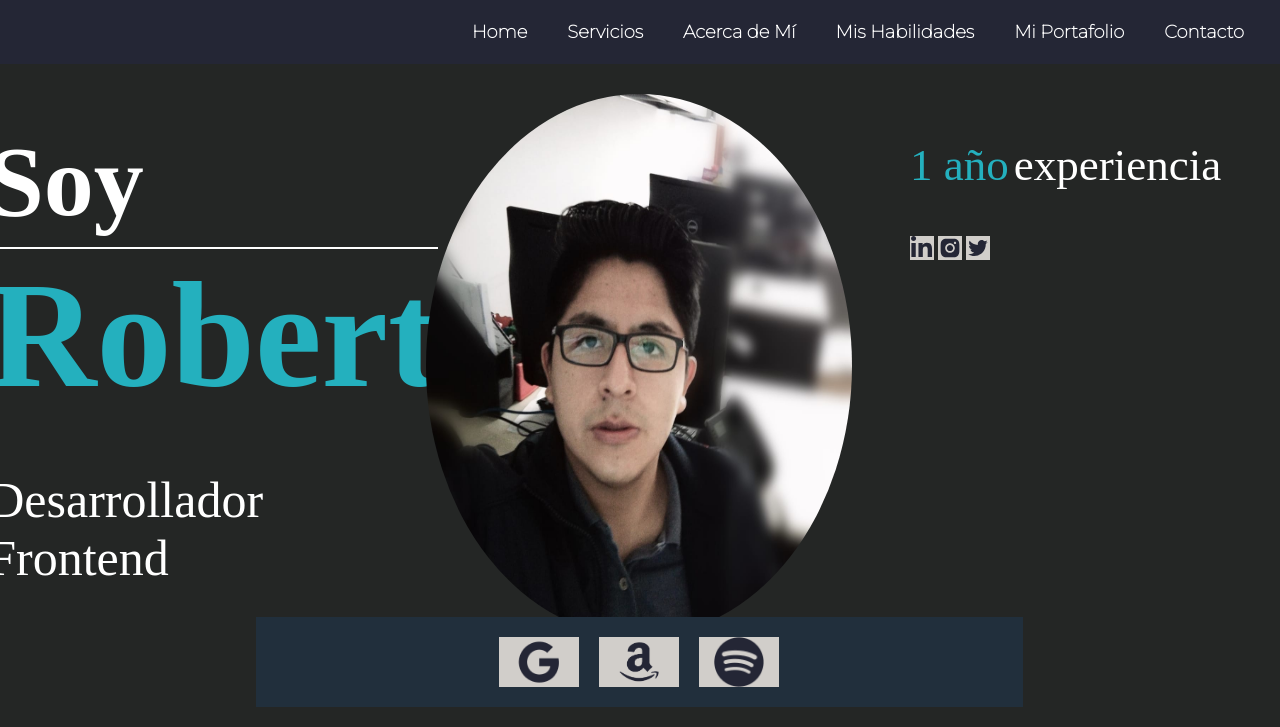
Repository: RobertAries28/PortafolioRobertEscalanteGomez2022
Page: index.html
The author's editor kept a copy of each file at every save. The page is drawn from the files as they stood at one save, then again after the next save.
The browser window is 1280 px wide. The pictures show the whole page.

Above is the page before, as saved 2022-02-15 12:03:07.

### index.html
<!DOCTYPE html>
<html lang="en">
<head>
    <meta charset="UTF-8">
    <meta http-equiv="X-UA-Compatible" content="IE=edge">
    <meta name="viewport" content="width=device-width, initial-scale=1.0">
    <link rel="preconnect" href="https://fonts.googleapis.com">
<link rel="preconnect" href="https://fonts.gstatic.com" crossorigin>
<link href="https://fonts.googleapis.com/css2?family=Montserrat:wght@100&display=swap" rel="stylesheet">
    <link rel="stylesheet" href="estilos.css">
    <title>Document</title>
</head>
<body>
    <header class="main-header">
        <div class="l-container">

        <div class="main-menu-toggle" id="main-menu-toggle"></div>
             <nav class="main-nav" id="main-nav">
                 <ul class="main-menu">
                       <li class="main-menu__item">
                           <a class="main-menu__link" href="#">
                              Home
                           </a>
                       </li>

                       <li class="main-menu__item">
                         <a class="main-menu__link" href="#">
                           Servicios
                         </a>
                       </li>

                       <li class="main-menu__item">
                        <a class="main-menu__link" href="#">
                          Acerca de Mí
                        </a>
                       </li>


                     <li class="main-menu__item">
                         <a class="main-menu__link" href="#">
                           Mis Habilidades
                         </a>
                     </li>

                     <li class="main-menu__item">
                        <a class="main-menu__link" href="#">
                         Mi Portafolio
                        </a>
                    </li>

                    <li class="main-menu__item">
                        <a class="main-menu__link" href="#">
                         Contacto
                        </a>
                    </li>


                 </ul>
             </nav>


        </div>
     </header>
     <section>
        <div class="section-nombre">
              <h2>Soy</h2><hr color="white"/>
              <h1>Robert</h1>
              <p class="parrafo">Desarrollador Frontend</p>
        </div>

        <div class="section-imagen">
              <img src="imagenes/fotoPerfil.jpeg" alt="">
        </div>

        <div class="section-experiencia">
               <p><span>1 año</span>experiencia</p>
               <div>
                 <img src="imagenes/linkedin.svg" alt="">
                 <img src="imagenes/instagram.svg" alt="">
                 <img src="imagenes/twitter.svg" alt="">
               </div>
        </div>

        <div class="section-iconos">
          <div>
             <img src="imagenes/gmail.png" alt="">
             <img src="imagenes/amazon.png" alt="">
             <img src="imagenes/spotify.png" alt="">
            </div>
        </div>
    </section>
    <script src="javascript.js"></script>
</body>
</html>

### estilos.css
body{
    margin: 0;
    background: #242625;
}

.main-header{
    height: 4rem;
    background: #242635;
    position:sticky;

	top:0;

}
.l-container{
    max-width: 100%;
    padding-left: 1rem;
    padding-right: 1rem;
    display: flex;
    justify-content: space-between;
    align-items: center;

    height: 100%;
    color: white;

}
.main-menu{
    margin-top: 0;
    margin-bottom: 0;
    padding-left: 0;
    list-style: none;
    display: flex;
}

.main-menu li{
    padding: 0 20px;
}

a{
  text-decoration: none;
  color: white;
  font-family: 'Montserrat', sans-serif;
  font-size: 18px;
  font-weight: bold;
}


/*section*/

section{
    display: grid;
    grid-template-columns: repeat(3,33.3%);
    grid-template-rows: repeat(3,auto);
    justify-items: center;
    padding-top: 30px;

}

.section-nombre h1{
    font-size: 150px;
    margin: 0;
    color: #24B0BE;
}

.section-nombre h2{
    font-size: 100px;
    margin: 0;
    margin-top: 30px;
    color: white;
}

.section-nombre .parrafo{
    color: white;
    font-size: 50px;

}
.section-nombre hr{
    margin-bottom: 0;

}

.section-imagen img{
    width: 100%;
    height: 100%;
    border-radius: 50%;


}

.section-experiencia p{
    color: white;
    font-size: 45px;

}

.section-experiencia span{
    color: #24B0BE;
    padding-right: 5px;
}

.section-experiencia img{
    background: #D1CECA;
    font-size: 45px;
}

.section-iconos{
   grid-column: 1 / span 3;
 justify-self: center;
   background: #212F3C;
  width:60%;
  position: relative;
 top: -20px;
}

.section-iconos div{
    display: flex;
  justify-content: center;
}

.section-iconos img{
  height: 50px;
  background: #D1CECA;
  padding: 0 15px;
  margin: 20px 10px;
}




@media screen and ( max-width: 768px){



.main-menu__item{
    padding: .5rem 0 .5rem 1rem
}

.main-menu__link{
    color: white;
    margin-left: 1rem;
}



.main-nav{
    position: fixed;
    height: calc(100vh - 4rem);
    width: 200px;
    background: black;
    top: 4rem;
    right: -200px;




}

.main-menu{
    flex-direction: column;
}

.main-menu li{
    padding: 10px 0;
}



.show{
right: 0px;
transition-duration: 1s;
transition-timing-function:ease-in-out

}

 :not(.show){
     transition-duration: 1s;
  transition-timing-function: ease-in
 }


.main-menu-toggle{
    width: 2.4rem;
    margin-left: calc(100% - 38.4px);
    height: 1.6rem;
    background: linear-gradient(black 20%, transparent 20%, transparent 40%, black 40%, black 60%, transparent 60%, transparent 80%, black 80%);
    cursor: pointer;

}
}

### javascript.js
 const showMenu = (toggleId, navId) =>{
               const toggle = document.getElementById(toggleId),
               nav = document.getElementById(navId)

               if(toggle && nav){
                   toggle.addEventListener('mouseover' , ()=>{
                       nav.classList.toggle('show')
                   })



               }

               if(toggle && nav){
                   toggle.addEventListener('mouseout' , ()=>{
                       nav.classList.toggle('show')
                   })



               }



           }
           showMenu('main-menu-toggle','main-nav')

After the next save:
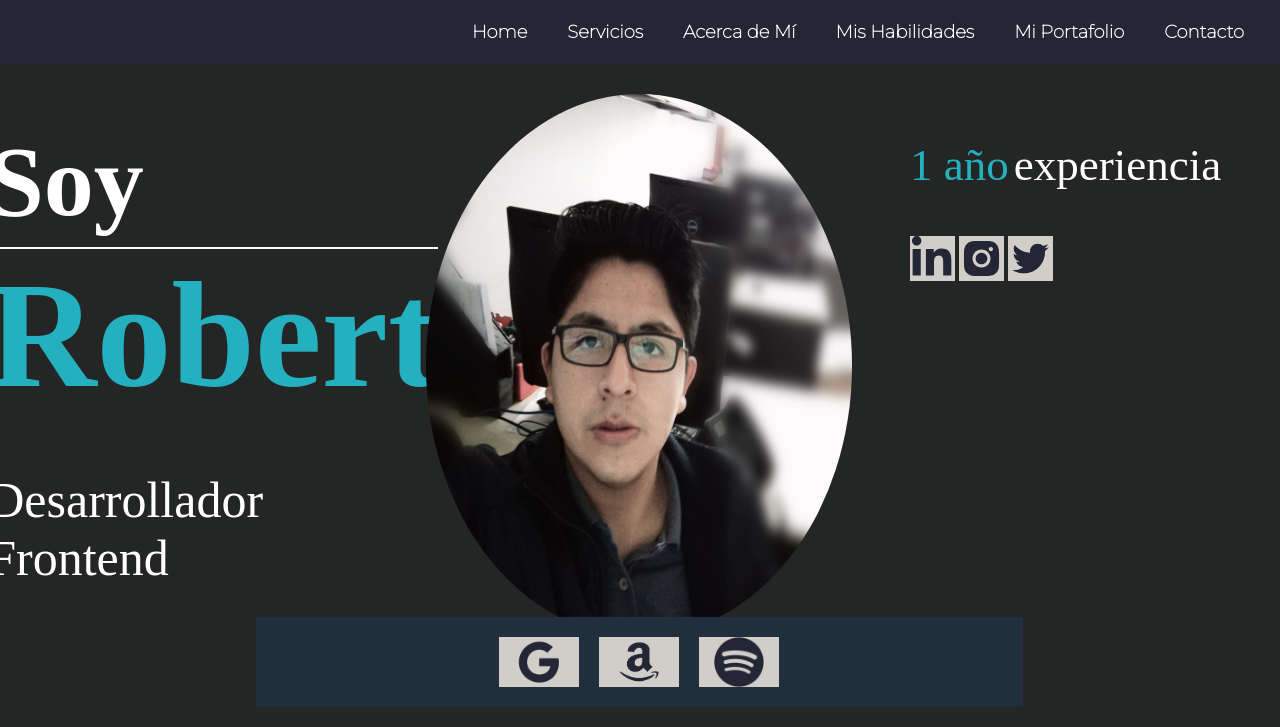
Saved 14 s later.
--- a/estilos.css
+++ b/estilos.css
@@ -99,7 +99,7 @@
 
 .section-experiencia img{
     background: #D1CECA;
-    font-size: 45px;
+    width: 45px;
 }
 
 .section-iconos{
